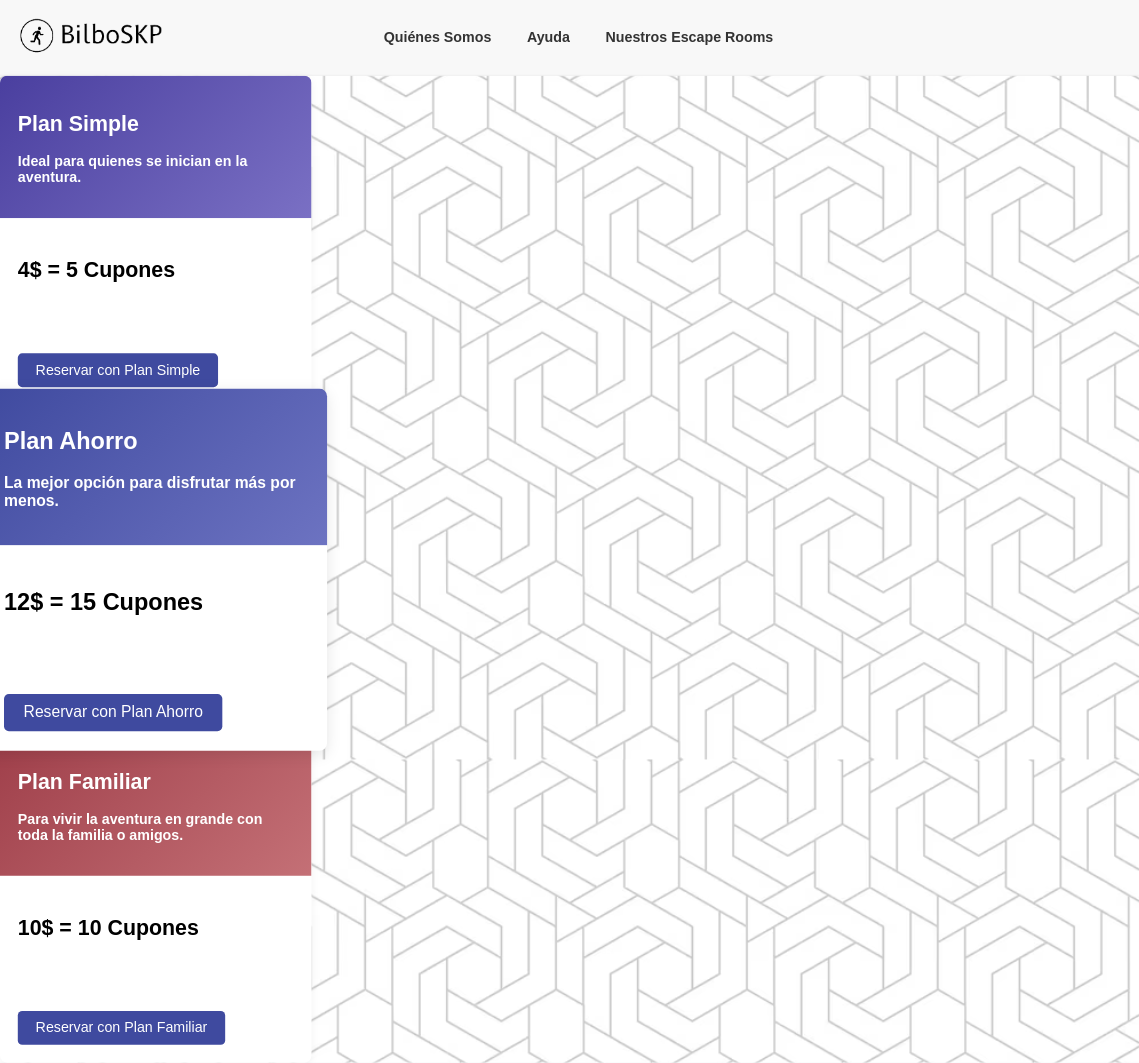
Repository: Andrew1447/Reto3-main
Page: http://localhost/bilboSKP/Packcupones.jsp?lang=es
The author's editor kept a copy of each file at every save. The page is drawn from the files as they stood at one save, then again after the next save.
The browser window is 1280 px wide. The pictures show the whole page, at 89% of full size.
Backgrounds fixed to the window are drawn as part of the page. Some web fonts or font styles are not loaded; a fallback is used. The page is served by Tomcat 9.

Above is the page before, as saved 2025-04-25 18:45:21.

After the next save:
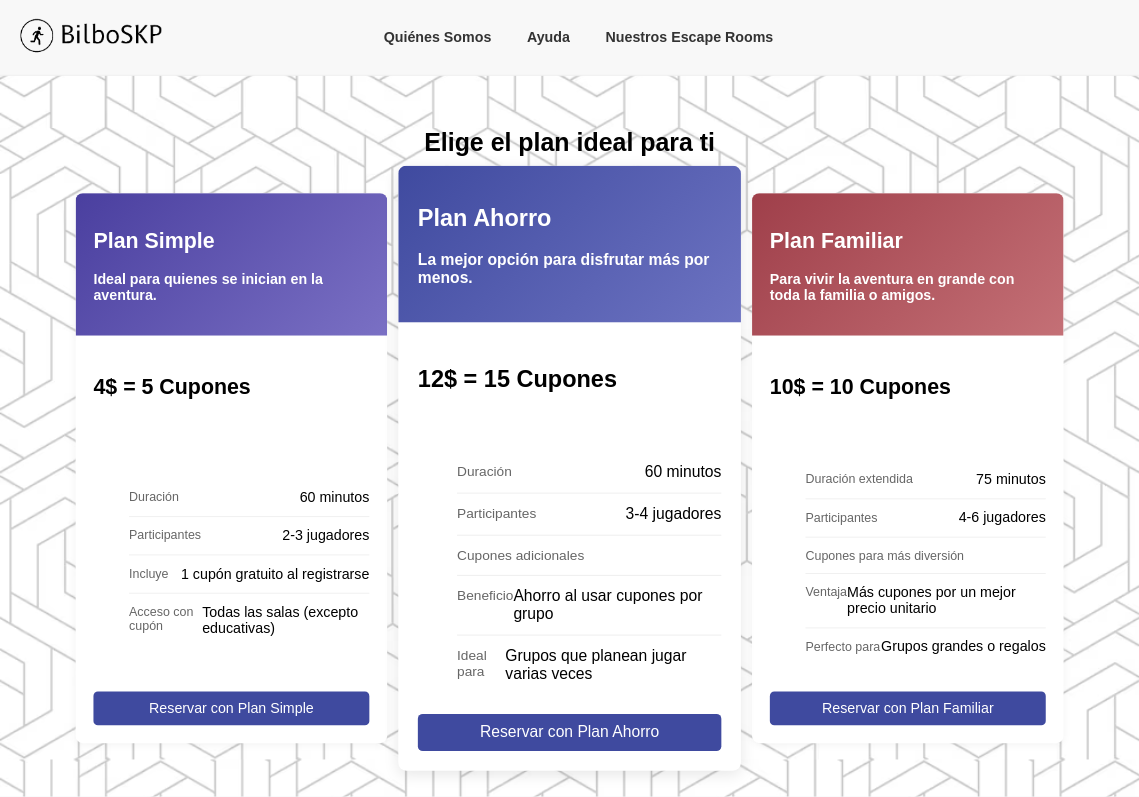
Saved 20 s later.
--- a/bilboSKP/src/main/webapp/Packcupones.jsp
+++ b/bilboSKP/src/main/webapp/Packcupones.jsp
@@ -21,55 +21,111 @@
         <a href="EscapeRooms.jsp">Nuestros Escape Rooms</a>
     </nav>
     </header>
-<div class="plan-card">
-            <div class="plan-header basic selected-plan">
-                <h2>Plan Simple</h2>
-                <p>Ideal para quienes se inician en la aventura.</p>
+    <div class="container">
+        <h1>Elige el plan ideal para ti</h1>
+
+        <div class="plans-container">
+            <div class="plan-card">
+                <div class="plan-header basic selected-plan">
+                    <h2>Plan Simple</h2>
+                    <p>Ideal para quienes se inician en la aventura.</p>
+                </div>
+                <div class="plan-content">
+                    <div class="price">
+                        <p> 4$ = 5 Cupones</p>
+                    </div>
+
+                    <ul class="feature-list">
+                        <li>
+                            <span class="feature-label">Duración</span>
+                            <span class="feature-value">60 minutos</span>
+                        </li>
+                        <li>
+                            <span class="feature-label">Participantes</span>
+                            <span class="feature-value">2-3 jugadores</span>
+                        </li>
+                        <li>
+                            <span class="feature-label">Incluye</span>
+                            <span class="feature-value">1 cupón gratuito al registrarse</span>
+                        </li>
+                        <li>
+                            <span class="feature-label">Acceso con cupón</span>
+                            <span class="feature-value">Todas las salas (excepto educativas)</span>
+                        </li>
+                    </ul>
+                    <a href="#" class="plan-button" onclick="window.location.href='Pasarela.jsp'">Reservar con Plan Simple</a>
+                </div>
             </div>
-            <div class="plan-content">
-                <div class="price">
-                    <p> 4$ = 5 Cupones</p>
+
+            <div class="plan-card featured"> <div class="plan-header standard">
+                    <h2>Plan Ahorro</h2>
+                    <p>La mejor opción para disfrutar más por menos.</p>
                 </div>
-                <ul class="feature-list">
+                <div class="plan-content">
+                    <div class="price">
+                        <p>12$ = 15 Cupones</p>
+                    </div>
+
+                    <ul class="feature-list">
+                        <li>
+                            <span class="feature-label">Duración</span>
+                            <span class="feature-value">60 minutos</span>
+                        </li>
+                        <li>
+                            <span class="feature-label">Participantes</span>
+                            <span class="feature-value">3-4 jugadores</span>
+                        </li>
+                        <li>
+                            <span class="feature-label">Cupones adicionales</span>
+                        </li>
+                        <li>
+                            <span class="feature-label">Beneficio</span>
+                            <span class="feature-value">Ahorro al usar cupones por grupo</span>
+                        </li>
+                        <li>
+                            <span class="feature-label">Ideal para</span>
+                            <span class="feature-value">Grupos que planean jugar varias veces</span>
+                        </li>
                     </ul>
-                <form action="SumarCupones" method="post">
-                    <input type="hidden" name="plan" value="simple">
-                    <button type="submit" class="plan-button">Reservar con Plan Simple</button>
-                </form>
+                    <a href="#" class="plan-button" onclick="window.location.href='Pasarela.jsp'">Reservar con Plan Ahorro</a>
+                </div>
+            </div>
+
+            <div class="plan-card">
+                <div class="plan-header premium">
+                    <h2>Plan Familiar</h2>
+                    <p>Para vivir la aventura en grande con toda la familia o amigos.</p>
+                </div>
+                <div class="plan-content">
+                    <div class="price">
+                        <p>10$ = 10 Cupones</p>
+                    </div>
+
+                    <ul class="feature-list">
+                        <li>
+                            <span class="feature-label">Duración extendida</span>
+                            <span class="feature-value">75 minutos</span>
+                        </li>
+                        <li>
+                            <span class="feature-label">Participantes</span>
+                            <span class="feature-value">4-6 jugadores</span>
+                        </li>
+                        <li>
+                            <span class="feature-label">Cupones para más diversión</span>
+                        </li>
+                        <li>
+                            <span class="feature-label">Ventaja</span>
+                            <span class="feature-value">Más cupones por un mejor precio unitario</span>
+                        </li>
+                        <li>
+                            <span class="feature-label">Perfecto para</span>
+                            <span class="feature-value">Grupos grandes o regalos</span>
+                        </li>
+                    </ul>
+                    <a href="#" class="plan-button" onclick="window.location.href='Pasarela.jsp'">Reservar con Plan Familiar</a>
+                </div>
             </div>
         </div>
-
-        <div class="plan-card featured"> <div class="plan-header standard">
-                <h2>Plan Ahorro</h2>
-                <p>La mejor opción para disfrutar más por menos.</p>
-            </div>
-            <div class="plan-content">
-                <div class="price">
-                    <p>12$ = 15 Cupones</p>
-                </div>
-                <ul class="feature-list">
-                    </ul>
-                <form action="SumarCupones" method="post">
-                    <input type="hidden" name="plan" value="ahorro">
-                    <button type="submit" class="plan-button">Reservar con Plan Ahorro</button>
-                </form>
-            </div>
-        </div>
-
-        <div class="plan-card">
-            <div class="plan-header premium">
-                <h2>Plan Familiar</h2>
-                <p>Para vivir la aventura en grande con toda la familia o amigos.</p>
-            </div>
-            <div class="plan-content">
-                <div class="price">
-                    <p>10$ = 10 Cupones</p>
-                </div>
-                <ul class="feature-list">
-                    </ul>
-                <form action="SumarCupones" method="post">
-                    <input type="hidden" name="plan" value="familiar">
-                    <button type="submit" class="plan-button">Reservar con Plan Familiar</button>
-                </form>
-            </div>
-        </div>
+    </div>
+</body>
+</html>
